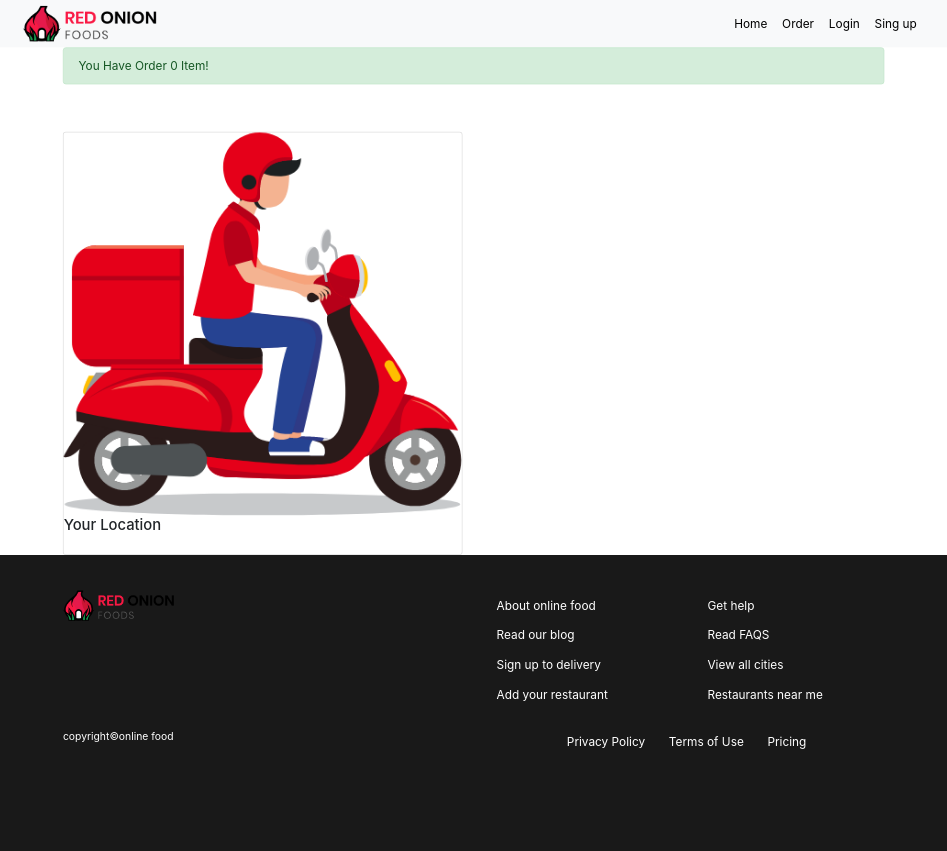
Repository: arif286/red-onion-client
Page: /order
These files come from the project's save history. The page is drawn as it stood at one moment and after the next save; the edit follows.
The browser window is 1280 px wide. The pictures show the whole page, at 74% of full size.
The page's requests for data from a server got no answer. The project was rebuilt for these pictures with package versions that can differ from the ones it lists, and the page was loaded fresh each time. No one was signed in, and anything a server would have sent is missing. Also part of the build but not shown: src/App.css, src/components/CheckOut/CheckOut.css, src/components/CheckOut/CheckOutForm/CheckOutFrom.js, src/components/CheckOut/CheckOut.js, src/components/SearchBar/SearchBar.css, src/components/SearchBar/SearchBar.js, src/components/FoodDetails/FoodDetail.css, src/components/FoodDetails/FoodDetail.js and 12 more. Imported but missing from the stored project, and not drawn on this page: src/components/CheckOut/Map/Map.

Above is the page before, as saved 2021-04-06 04:26:02.

### public/index.html
<!DOCTYPE html>
<html lang="en">
  <head>
    <meta charset="utf-8" />
    <link rel="icon" href="%PUBLIC_URL%/favicon.ico" />
    <meta name="viewport" content="width=device-width, initial-scale=1" />
    <meta name="theme-color" content="#000000" />
    <meta
      name="description"
      content="Web site created using create-react-app"
    />
    <link rel="apple-touch-icon" href="%PUBLIC_URL%/logo192.png" />
    <!--
      manifest.json provides metadata used when your web app is installed on a
      user's mobile device or desktop. See https://developers.google.com/web/fundamentals/web-app-manifest/
    -->
    <link rel="manifest" href="%PUBLIC_URL%/manifest.json" />

    <!-- <link
      href="https://api.tiles.mapbox.com/mapbox-gl-js/v2.1.1/mapbox-gl.css"
      rel="stylesheet"
    /> -->
    <!--
      Notice the use of %PUBLIC_URL% in the tags above.
      It will be replaced with the URL of the `public` folder during the build.
      Only files inside the `public` folder can be referenced from the HTML.

      Unlike "/favicon.ico" or "favicon.ico", "%PUBLIC_URL%/favicon.ico" will
      work correctly both with client-side routing and a non-root public URL.
      Learn how to configure a non-root public URL by running `npm run build`.
    -->
    <title>Red Onion</title>
  </head>
  <body>
    <noscript>You need to enable JavaScript to run this app.</noscript>
    <div id="root"></div>
    <!--
      This HTML file is a template.
      If you open it directly in the browser, you will see an empty page.

      You can add webfonts, meta tags, or analytics to this file.
      The build step will place the bundled scripts into the <body> tag.

      To begin the development, run `npm start` or `yarn start`.
      To create a production bundle, use `npm run build` or `yarn build`.
    -->
  </body>
</html>

### src/App.js
import "bootstrap/dist/css/bootstrap.min.css";
import React, { createContext, useState } from "react";
import { BrowserRouter as Router, Route, Switch } from "react-router-dom";
import './App.css';
import CheckOut from "./components/CheckOut/CheckOut";
import Map from "./components/CheckOut/Map/Map";
import FoodDetail from "./components/FoodDetails/FoodDetail";
import Footer from "./components/Footer/Footer";
import Header from "./components/Header/Header";
import Home from './components/Home/Home';
import Login from "./components/LogIn/Login";
import Order from "./components/Order/Order";
import SingUp from "./components/SingUp/SingUp";


export const UserContext = createContext();
function App() {
  const [loggedInUser, setLoggedInUser] = useState({});
  return (
    <UserContext.Provider value={[loggedInUser, setLoggedInUser]}>
      <Router>
        <Header />
        <Switch>
          <Route path="/home">
            <Home />
          </Route>
          <Route path="/signUp">
            <SingUp />
          </Route>
          <Route path="/login">
            <Login />
          </Route>
          <Route path="/food/details/:foodId">
            <FoodDetail />
          </Route>
          <Route path='/checkOut'>
            <CheckOut/>
          </Route>
          <Route path='/order'>
            <Order/>
          </Route>
          <Route path='/map'>
            <Map/>
          </Route>
          <Route exact path="/">
            <Home/>
          </Route>
        </Switch>
        <Footer />
      </Router>
    </UserContext.Provider>
  );

}

export default App;

### src/components/Footer/Footer.js
import React from 'react';
import { NavLink } from 'react-bootstrap';
import Logo from '../../onion-restaurent/logo2.png';
import './Footer.css';

const Footer = () => {
    return (
      <footer>
        <div className="container">
          <div className="row pt-5">
            <div className="col-md-6 col-sm-12 pb-4">
              <img className="footer-img" src={Logo} alt="" />
            </div>
            <div className="col-md-3 col-sm-12 pb-4">
              <ul className="nav flex-column">
                <li className="nav-item">
                  <NavLink
                    className="nav-link active footer-link"
                    aria-current="page"
                    to="/"
                  >
                    About online food
                  </NavLink>
                </li>
                <li className="nav-item">
                  <NavLink className="nav-link footer-link" to="/">
                    Read our blog
                  </NavLink>
                </li>
                <li className="nav-item">
                  <NavLink className="nav-link footer-link" to="/">
                    Sign up to delivery
                  </NavLink>
                </li>
                <li className="nav-item">
                  <NavLink className="nav-link footer-link" to="/">
                    Add your restaurant
                  </NavLink>
                </li>
              </ul>
            </div>
            <div className="col-md-3 col-sm-12 pb-4">
              <ul className="nav flex-column">
                <li className="nav-item">
                  <NavLink
                    className="nav-link footer-link"
                    aria-current="page"
                    to="/"
                  >
                    Get help
                  </NavLink>
                </li>
                <li className="nav-item">
                  <NavLink className="nav-link footer-link" to="/">
                    Read FAQS
                  </NavLink>
                </li>
                <li className="nav-item">
                  <NavLink className="nav-link footer-link" to="/">
                    View all cities
                  </NavLink>
                </li>
                <li className="nav-item">
                  <NavLink className="nav-link footer-link" to="/">
                    Restaurants near me
                  </NavLink>
                </li>
              </ul>
            </div>
          </div>

          <div className="row">
            <div className="col-md-7">
              <p className='copy-right'>
                <small>
                  copyright<span>&#169;</span>online food
                </small>
              </p>
            </div>
            <div className="col-md-5">
              <div className='d-flex'>
                <NavLink className="footer-link">Privacy Policy</NavLink>
                <NavLink className="footer-link">Terms of Use</NavLink>
                <NavLink className="footer-link">Pricing</NavLink>
              </div>
            </div>
          </div>
        </div>
      </footer>
    );
};

export default Footer;

### src/components/Header/Header.js
import { faShoppingCart } from "@fortawesome/free-solid-svg-icons";
import { FontAwesomeIcon } from "@fortawesome/react-fontawesome";
import React from 'react';
import { NavLink } from "react-router-dom";
import logo from '../../onion-restaurent/logo2.png';
import './Header.css';
const cart = <FontAwesomeIcon icon={faShoppingCart} />;
const Header = () => {
    const header = {
        logo : {width: '180px'}
    }
    return (
      <div>
        <nav className="navbar navbar-expand-lg navbar-light bg-light">
          <div className="container-fluid">
            <div>
              <img style={header.logo} src={logo} alt="" />
            </div>
            <button
              className="navbar-toggler"
              type="button"
              data-bs-toggle="collapse"
              data-bs-target="#navbarNav"
              aria-controls="navbarNav"
              aria-expanded="false"
              aria-label="Toggle navigation"
            >
              <span className="navbar-toggler-icon"></span>
            </button>
            <div
              className="collapse  navbar-collapse justify-content-end"
              id="navbarNav"
            >
              <ul className="navbar-nav align-items-center">
                <li className="nav-item">
                  <NavLink className="header-link" to="/">
                    Home
                  </NavLink>
                </li>
                <li className="nav-item">
                  <NavLink className="header-link" to="/order">
                    Order
                  </NavLink>
                </li>
                <li className="nav-item">
                  <NavLink className="header-link" to="/login">
                    Login
                  </NavLink>
                </li>
                <li className="nav-item">
                  <NavLink className="header-link" to="/signUp">
                    Sing up
                  </NavLink>
                </li>
              </ul>
            </div>
          </div>
        </nav>
      </div>
    );
};

export default Header;

### src/components/Order/Order.js
import axios from "axios";
import React, { useContext, useEffect, useState } from "react";
import { Alert, Card, Col, Container, Row } from "react-bootstrap";
import { UserContext } from "../../App";
import delivery from "../../onion-restaurent/Image/Group 1151.png";


const Order = () => {
  const [order, setOrder] = useState([]);
  const [loggedInUser, setLoggedInUser] = useContext(UserContext);

  useEffect(() => {
    axios.get(`http://localhost:5000/orderDetails?email=${loggedInUser.email}`)
      .then(res => {
        console.log(res.data)
        setOrder(res.data)
      })
      .catch(err => console.log(err));
  }, [loggedInUser.email]);
  const {address, date, foodName, picture, name, totalPrice} = order;
  return (
    <Container>
      <Alert variant="success">You Have Order {order.length} Item!</Alert>
      <Row className="justify-content-between">
        {order.map((item) => (
          <Col xs={12} sm={3}>
            <Card className="d-flex">
              <img src={item.picture} alt="" />
              <Card.Body>
                <Card.Title>{item.foodName}</Card.Title>
                <Card.Text>quantity: ${item.quantity}</Card.Text>
                <Card.Text>Total: ${item.totalPrice}</Card.Text>
              </Card.Body>
            </Card>
          </Col>
        ))}
      </Row>
      <Row className="mt-5">
        <Col xs={6}>
          <Card>
            <img src={delivery} alt="" />
            <Card.Title>Your Location</Card.Title>
            <Card.Text>{order[0]?.address}</Card.Text>
            <Card.Text>{order[0]?.date}</Card.Text>
          </Card>
        </Col>
      </Row>
    </Container>
  );
};

export default Order;

### src/components/Footer/Footer.css
.footer-img {
  width: 150px;
}
footer {
  background-color: #191919;
  height: 400px;
}
.footer-link {
  color: white;
}
.footer-link:hover {
  color: #878787;
}
.copy-right {
  color: white;
}

### src/components/Header/Header.css
.header-link {
  color: black;
  display: inline-block;
  padding: 10px;
}
.header-link:hover {
  text-decoration: none;
  color: #777777;
}
.cart-btn {
  border: none;
  background: none;
}

Loaded but not shown: src/index.js (common file); src/index.css (common file); src/reportWebVitals.js (common file)

After the next save:
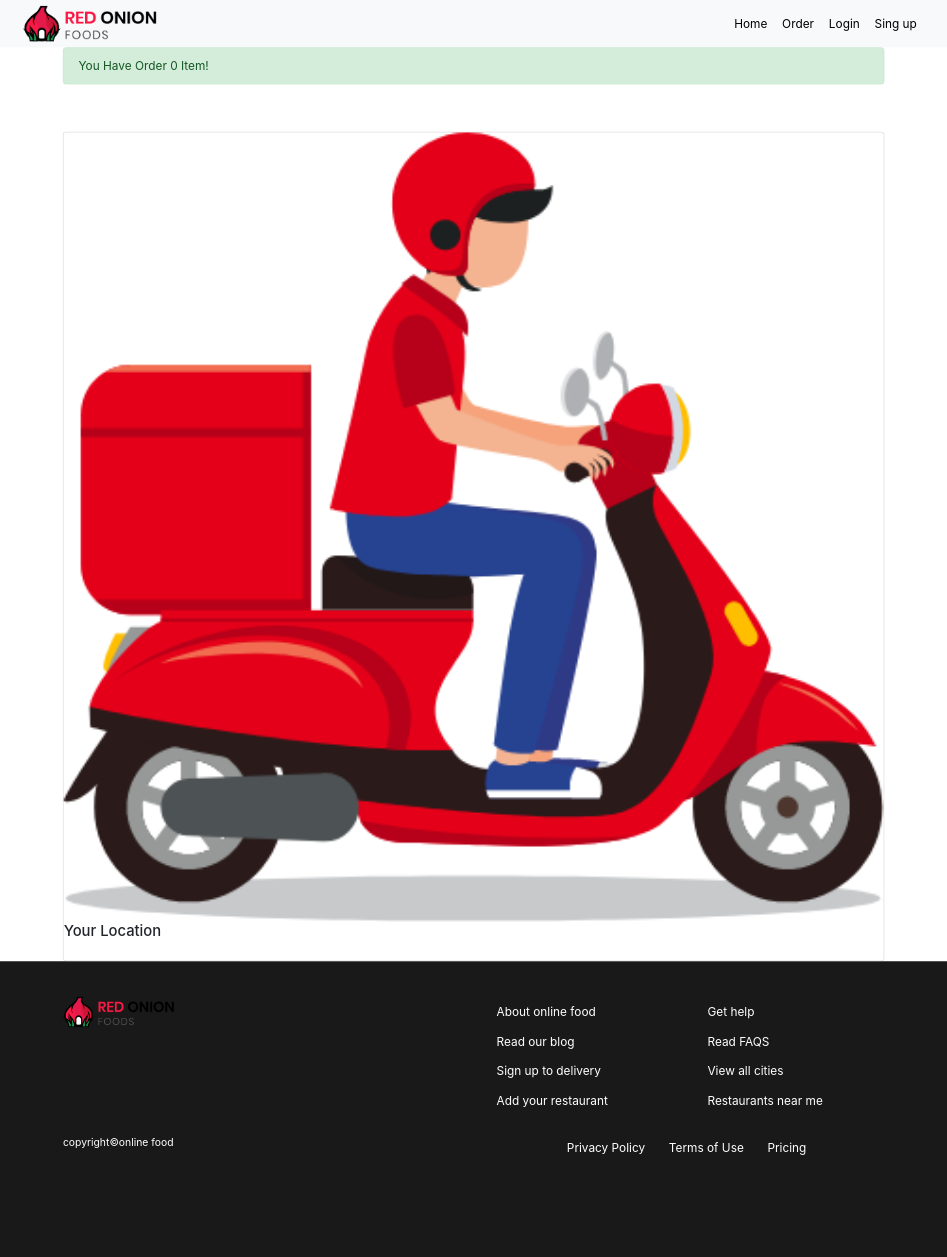
Saved 48 s later.
--- a/src/components/Order/Order.js
+++ b/src/components/Order/Order.js
@@ -36,7 +36,7 @@ const Order = () => {
         ))}
       </Row>
       <Row className="mt-5">
-        <Col xs={6}>
+        <Col>
           <Card>
             <img src={delivery} alt="" />
             <Card.Title>Your Location</Card.Title>
